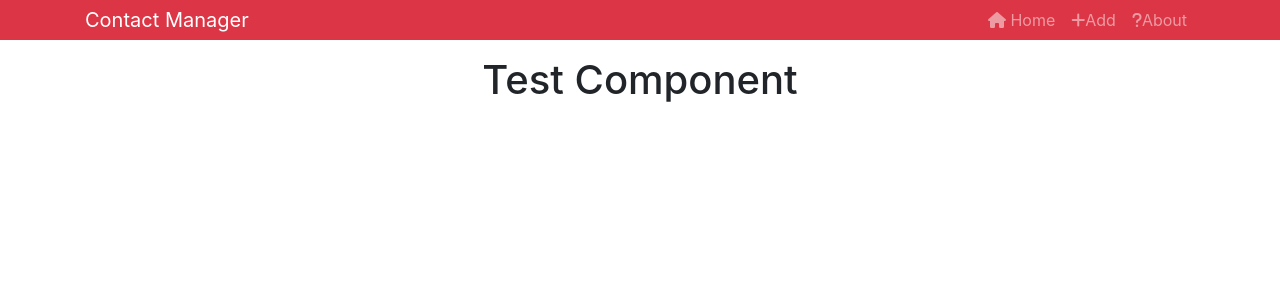
Repository: IkennaU/contactmanager
Page: /test
An editor plug-in stored every save of this project. The page is shown before and after the next save, followed by the edit.
The browser window is 1280 px wide. The pictures show the whole page.
The page's requests for data from a server got no answer. Some web libraries are served in a nearby version. The project was rebuilt for these pictures with package versions that can differ from the ones it lists, and the page was loaded fresh each time. No one was signed in, and anything a server would have sent is missing. Also part of the build but not shown: src/components/contacts/Contact.js, src/components/contacts/Contacts.js, src/components/layout/TextInputGroup.js, src/components/contacts/AddContact.js, src/components/pages/About.js, src/components/pages/NotFound.js.

Above is the page before, as saved 2020-07-23 02:37:01.

After the next save:
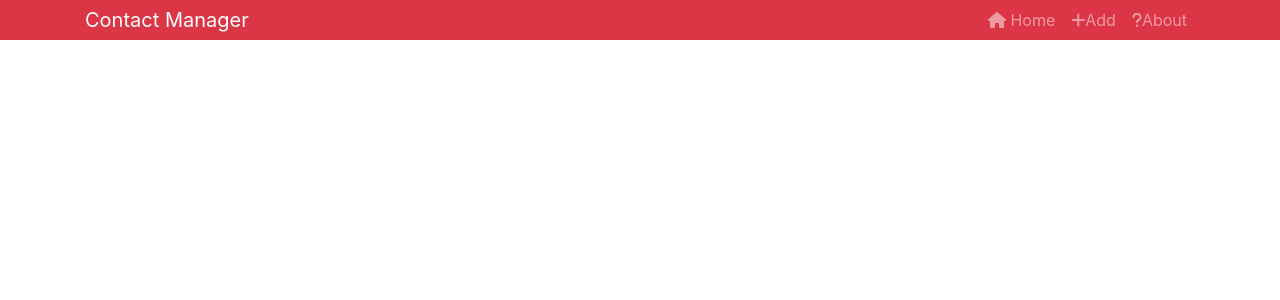
Saved 3 min 53 s later.
--- a/src/components/pages/Test/test.js
+++ b/src/components/pages/Test/test.js
@@ -17,7 +17,8 @@ class test extends Component {
   render() {
     return (
       <div>
-        <h1>Test Component</h1>
+        <h1>{this.state.title}</h1>
+        <p>{this.state.body}</p>
       </div>
     );
   }
